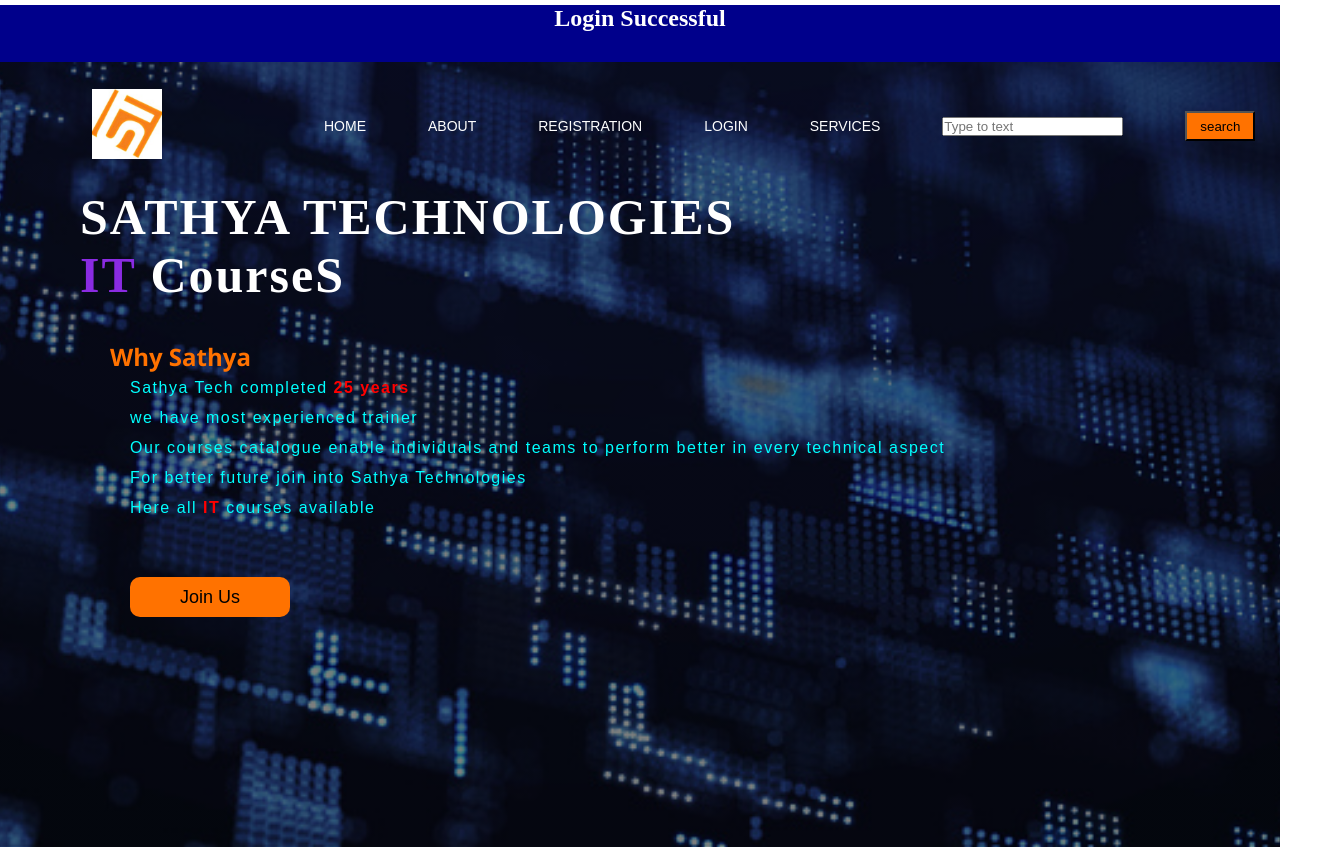
Repository: sainath0323/Website-design-using-J2EE
Page: http://localhost/AdvanceJavaApplication/loginsuccess.jsp
These files come from the project's save history. The page is drawn as it stood at one moment and after the next save; the edit follows.
The browser window is 1280 px wide. The page is 1317 px wide, then 1332 px, so the pictures cover 1332 px, including what lies to the right of the window. The pictures show the whole page.
The page is served by Tomcat 9.

Above is the page before, as saved 2023-04-26 08:23:42.

After the next save:
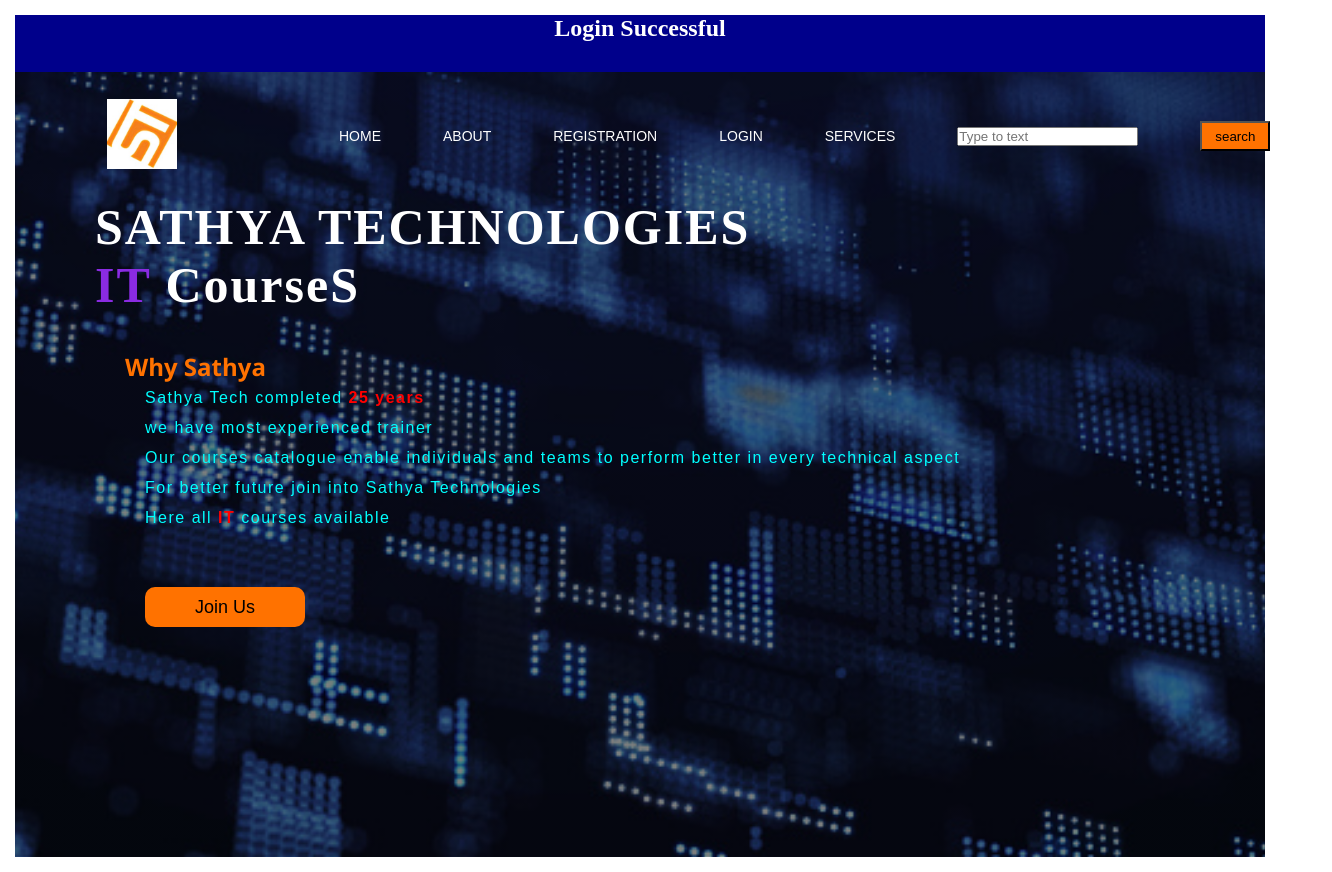
Saved 21 s later.
--- a/AdvanceJavaApplication/src/main/webapp/loginsuccess.jsp
+++ b/AdvanceJavaApplication/src/main/webapp/loginsuccess.jsp
@@ -4,7 +4,7 @@
 <head>
 </head>
 <body>
-<div style="background-color: darkblue; margin-top: 5px ">
+<div style="background-color: darkblue; margin: 15px ">
 <h2 style="text-align: center;  color: white" >Login Successful</h2>
 <jsp:include page="index.html"></jsp:include>
 </div>
